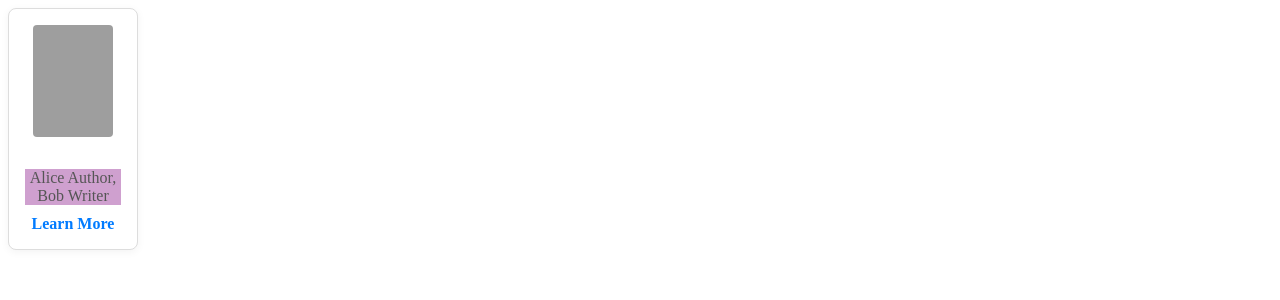
Repository: Micaelavalmores/BookCatalog
Page: /
The author's editor kept a copy of each file at every save. The page is drawn from the files as they stood at one save, then again after the next save.
The browser window is 1280 px wide. The pictures show the whole page.
Pictures or frames that could not be fetched are drawn as grey boxes. The project was rebuilt for these pictures with package versions that can differ from the ones it lists, and the page was loaded fresh each time. Also part of the build but not shown: vite.config.js, src/index.css.

Above is the page before, as saved 2025-09-16 22:49:35.

### index.html
<!doctype html>
<html lang="en">
  <head>
    <meta charset="UTF-8" />
    <meta name="viewport" content="width=device-width, initial-scale=1.0" />
    <title>Book Catalog</title>
  </head>
  <body>
    <div id="root"></div>
    <script type="module" src="/src/main.jsx"></script>
  </body>
</html>

### src/main.jsx
import React from 'react';
import { createRoot } from 'react-dom/client';
import './index.css';
import Book from './assets/book.jsx';

const root = createRoot(document.getElementById("root"));

root.render(
  <React.StrictMode>
    <Book
      image="https://img.freepik.com/free-vector/stack-colorful-books_1308-171744.jpg?semt=ais_incoming&w=740&q=80"
      authors="Alice Author, Bob Writer"
      link="https://example.com/book-info"
    />
  </React.StrictMode>
);

### src/assets/book.jsx

import React from "react";
import "./book.css";

const book = ({ image, title, authors, link }) => (
  <div className="book-container">
    <img className="book-image" src={image} alt={title} />
    <div className="book-info">
      <h2 className="book-title">{title}</h2>
      <p className="book-authors">{authors}</p>
      <a className="book-link" href={link} target="_blank" rel="noopener noreferrer">
        Learn More
      </a>
    </div>
  </div>
);

export default book;

### src/assets/book.css
.book-container {
    max-width: 6em;
    border: 1px solid #ddd;
    border-radius: 8px;
    padding: 16px;
    display: flex;
    flex-direction: column;
    align-items: center;
    background: #fff;
    box-shadow: 0 2px 8px rgba(0,0,0,0.05);
  }

  .book-image {
    width: 5em;
    height: 7em;
    object-fit: cover;
    margin-bottom: 12px;
    border-radius: 4px;
  }

  .book-info {
    width: 100%;
    text-align: center;
  }


  .book-authors {
    color: #555;
    margin-bottom: 10px;
    background: rgb(207, 160, 207);
  }

  .book-link {
    display: inline-block;
    color: #007bff;
    text-decoration: none;
    font-weight: bold;
    transition: color 0.2s;
  }

  .book-link:hover {
    color: #0056b3;
  }

After the next save:
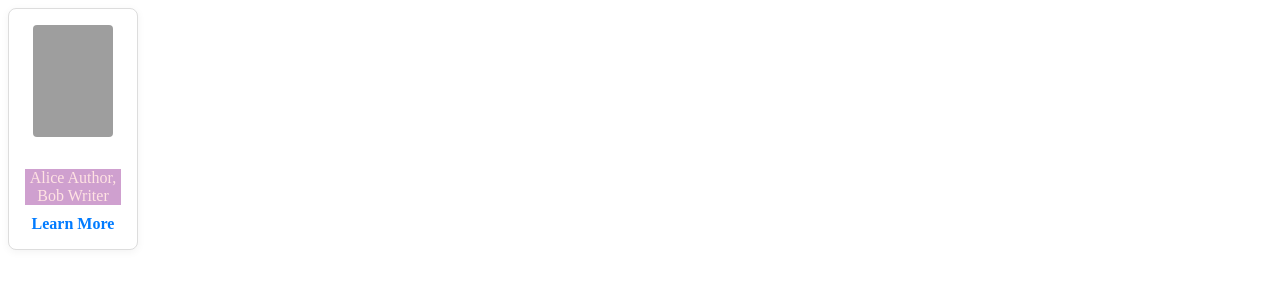
Saved 5 s later.
--- a/src/assets/book.css
+++ b/src/assets/book.css
@@ -25,7 +25,7 @@
 
 
   .book-authors {
-    color: #555;
+    color: #ffe3e3;
     margin-bottom: 10px;
     background: rgb(207, 160, 207);
   }
